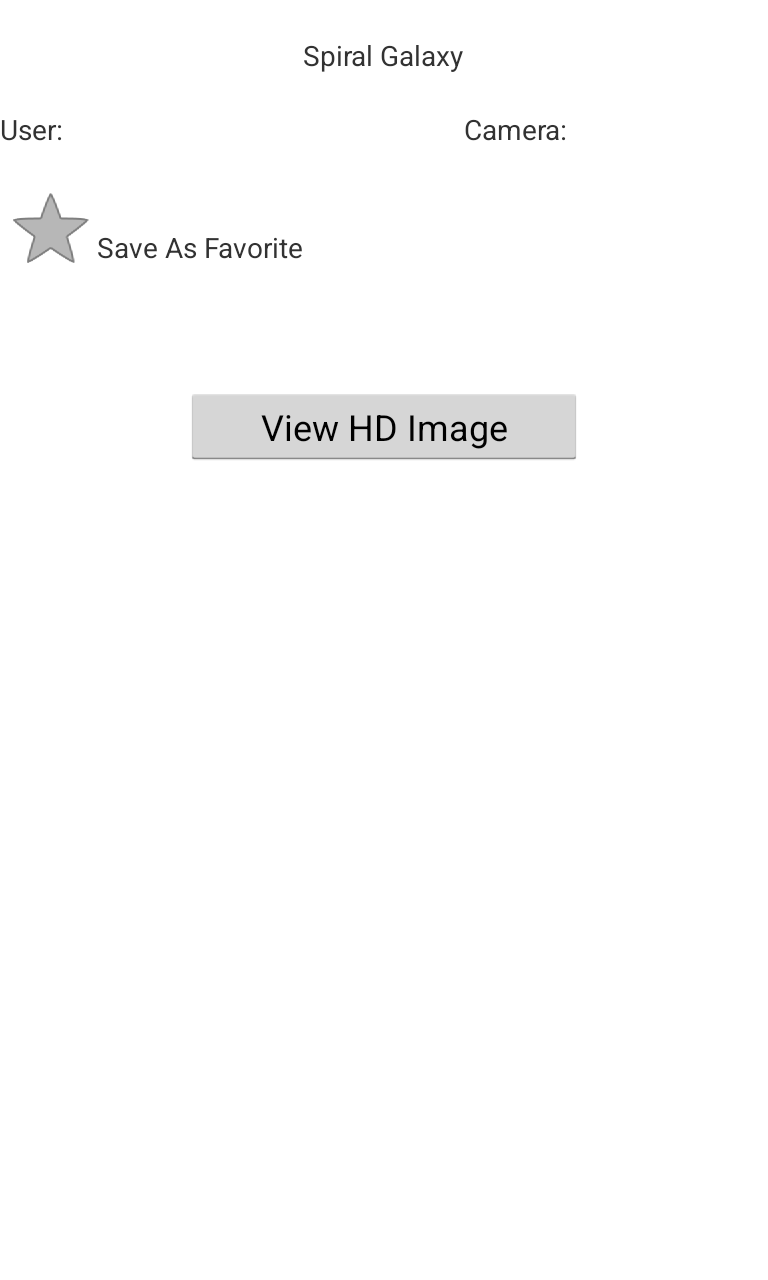
Repository: arianaantonio/Java2_Antonio
Layout: SpaceImageViewer/res/layout/details_activity.xml
These files come from the project's save history. The layout is drawn as it stood at one moment and after the next save; the edit follows.
Pictures or frames that could not be fetched are drawn as grey boxes. It is drawn on a 768 x 1280 px phone screen (xhdpi) without system bars, with theme AppTheme; the app's code is not run.

Above is the layout before, as saved 2014-07-17 04:57:10.

### SpaceImageViewer/res/layout/details_activity.xml
<?xml version="1.0" encoding="utf-8"?>
<RelativeLayout xmlns:android="http://schemas.android.com/apk/res/android"
    android:layout_width="match_parent"
    android:layout_height="match_parent"
    android:orientation="vertical" >

    <TextView
        android:id="@+id/title"
        android:layout_width="wrap_content"
        android:layout_height="wrap_content"
        android:layout_alignParentTop="true"
        android:layout_centerHorizontal="true"
        android:layout_marginTop="18dp"
        android:text="Spiral Galaxy" />

    <TextView
        android:id="@+id/user"
        android:layout_width="wrap_content"
        android:layout_height="wrap_content"
        android:layout_alignParentLeft="true"
        android:layout_below="@+id/title"
        android:layout_marginTop="18dp"
        android:text="@string/userString" />

    <TextView
        android:id="@+id/userName"
        android:layout_width="wrap_content"
        android:layout_height="wrap_content"
        android:layout_above="@+id/ratingBar"
        android:layout_marginLeft="18dp"
        android:layout_alignBottom="@+id/user"
        android:layout_toRightOf="@+id/user"
        android:text="" />

    <TextView
        android:id="@+id/cameraType"
        android:layout_width="wrap_content"
        android:layout_height="wrap_content"
        android:layout_alignParentRight="true"
        android:layout_alignBaseline="@+id/user"
        android:layout_alignBottom="@+id/user"
        android:layout_toRightOf="@+id/camera"
        android:text="" />

    <TextView
        android:id="@+id/camera"
        android:layout_width="wrap_content"
        android:layout_height="wrap_content"
        android:layout_alignBaseline="@+id/cameraType"
        android:layout_alignBottom="@+id/cameraType"
        android:layout_toRightOf="@+id/title"
        android:text="@string/cameraString" />

    <Button
        android:id="@+id/button1"
        android:layout_width="wrap_content"
        android:layout_height="wrap_content"
        android:layout_below="@+id/ratingBar"
        android:layout_centerHorizontal="true"
        android:layout_marginTop="46dp"
        android:minHeight="35dp"
        android:text="@string/HDbutton"
        android:width="200dp" />

    <RatingBar
        android:id="@+id/ratingBar"
        android:layout_width="wrap_content"
        android:layout_height="wrap_content"
        android:layout_alignRight="@+id/userName"
        android:layout_below="@+id/user"
        android:layout_marginTop="16dp"
        android:numStars="1"
        android:rating="0.0"
        android:stepSize="1.0" />

    <TextView
        android:id="@+id/textView1"
        android:layout_width="wrap_content"
        android:layout_height="wrap_content"
        android:layout_alignBottom="@+id/ratingBar"
        android:layout_marginBottom="14dp"
        android:layout_toLeftOf="@+id/title"
        android:text="@string/favorite" />

</RelativeLayout>

### SpaceImageViewer/res/values/strings.xml
<?xml version="1.0" encoding="utf-8"?>
<resources>

    <string name="app_name">Space Image Viewer</string>
    <string name="action_settings">Settings</string>
    <string name="textview_text">List of images of spiral galaxies</string>
    <string name="detail_view">Details:</string>
    <string name="Description">Image View</string>
    <color name="Purple">#7F00FF</color>
    <color name="Grey">#D8D8D8</color>
    <color name="Aqua">#99FFFF</color>
    <string name="userString">User:</string>
    <string name="cameraString">Camera:</string>
    <string name="HDbutton">View HD Image</string>
    <string name="detailactivity">Details Activity</string>
    <string name="favorite">Save As Favorite</string>


</resources>

Loaded but not shown: SpaceImageViewer/res/values/styles.xml (common file); SpaceImageViewer/res/values-v11/styles.xml (common file); SpaceImageViewer/res/values-v14/styles.xml (common file)

After the next save:
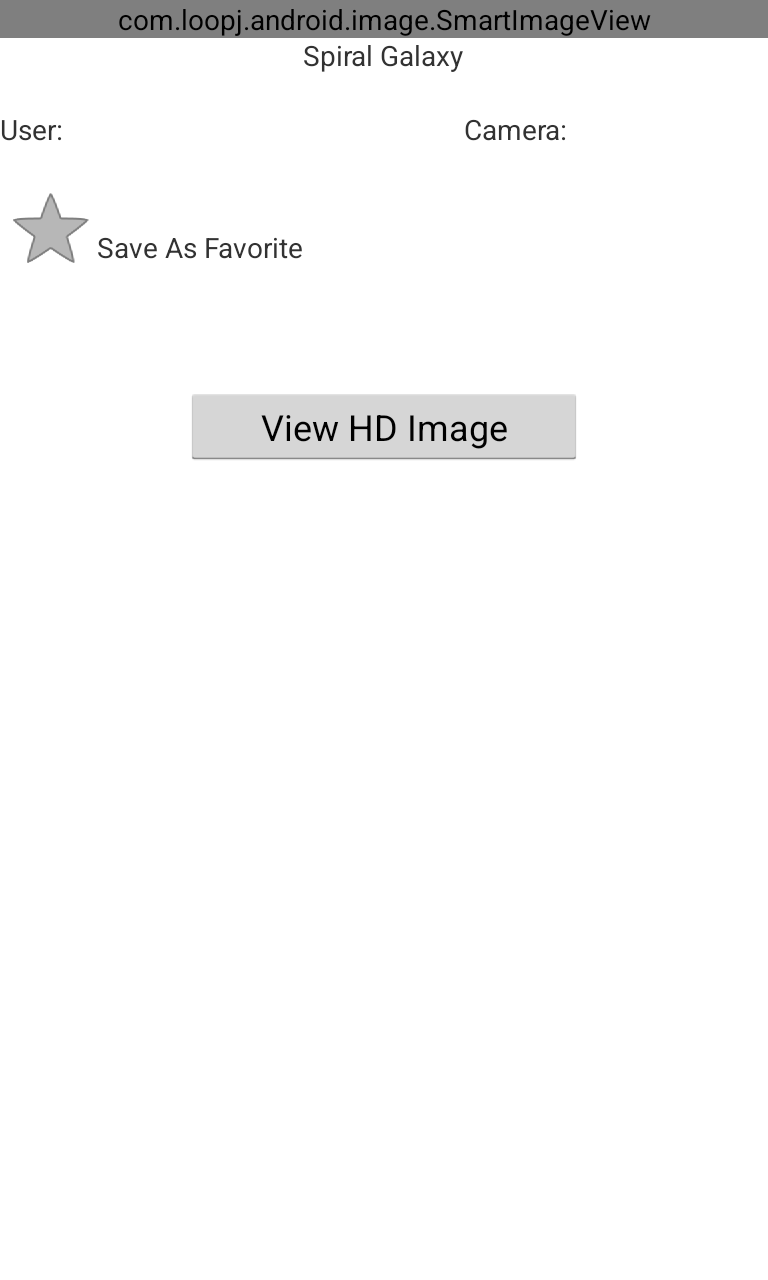
Saved 39 s later.
--- a/SpaceImageViewer/res/layout/details_activity.xml
+++ b/SpaceImageViewer/res/layout/details_activity.xml
@@ -81,5 +81,10 @@
         android:layout_marginBottom="14dp"
         android:layout_toLeftOf="@+id/title"
         android:text="@string/favorite" />
+    <com.loopj.android.image.SmartImageView
+    android:id="@+id/my_image"
+    android:layout_width="match_parent"
+    android:layout_height="wrap_content"
+    android:visibility="visible" />
 
 </RelativeLayout>
